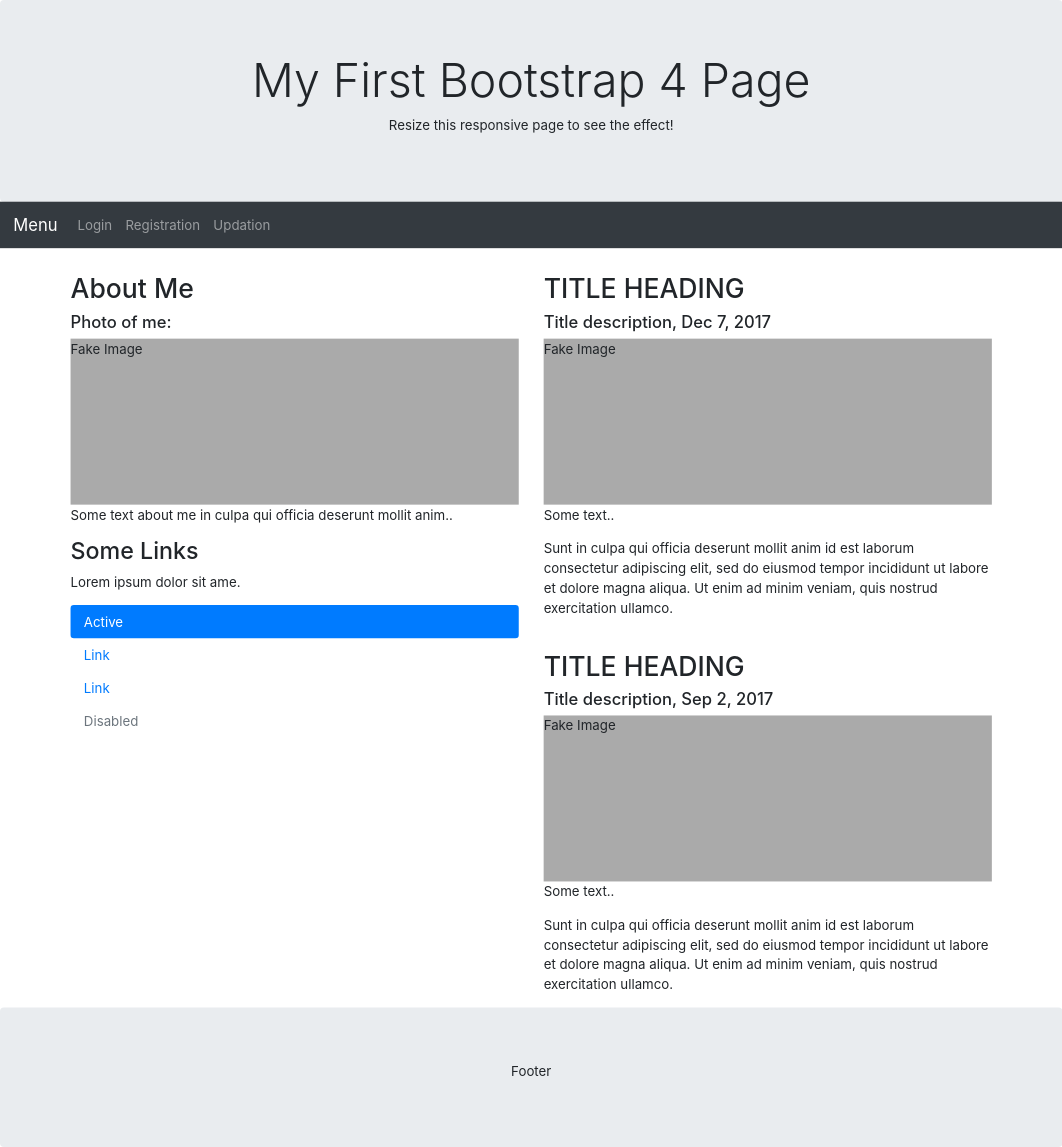
Repository: sahithi9999/workspace
Page: hello/WebContent/form.html
These files come from the project's save history. The page is drawn as it stood at one moment and after the next save; the edit follows.
The browser window is 1280 px wide. The pictures show the whole page, at 83% of full size.

Above is the page before, as saved 2020-01-18 11:45:46.

### hello/WebContent/form.html
<!DOCTYPE html>
<html lang="en">
<head>
  <title>Bootstrap 4 Website Example</title>
  <meta charset="utf-8">
  <meta name="viewport" content="width=device-width, initial-scale=1">
  <link rel="stylesheet" href="https://maxcdn.bootstrapcdn.com/bootstrap/4.4.1/css/bootstrap.min.css">
  <script src="https://ajax.googleapis.com/ajax/libs/jquery/3.4.1/jquery.min.js"></script>
  <script src="https://cdnjs.cloudflare.com/ajax/libs/popper.js/1.16.0/umd/popper.min.js"></script>
  <script src="https://maxcdn.bootstrapcdn.com/bootstrap/4.4.1/js/bootstrap.min.js"></script>

  <style>
  .fakeimg {
    height: 200px;
    background: #aaa;
  }
  </style>
</head>
<body>

<div class="jumbotron text-center" style="margin-bottom:0">
  <h1 class="display-4">My First Bootstrap 4 Page</h1>
  <p>Resize this responsive page to see the effect!</p>
</div>

<nav class="navbar navbar-expand-sm bg-dark navbar-dark">
  <a class="navbar-brand" href="#">Menu</a>
  <button class="navbar-toggler" type="button" data-toggle="collapse" data-target="#collapsibleNavbar">
    <span class="navbar-toggler-icon"></span>
  </button>
  <div class="collapse navbar-collapse" id="collapsibleNavbar">
    <ul class="navbar-nav">
      <li class="nav-item">
        <a class="nav-link" href="#">Login</a>
      </li>
      <li class="nav-item">
        <a class="nav-link" href="#">Registration</a>
      </li>
      <li class="nav-item">
        <a class="nav-link" href="#">Updation</a>
      </li>
    </ul>
  </div>
</nav>

<div class="container" style="margin-top:30px">
  <div class="row">
    <div class="col">
      <h2>About Me</h2>
      <h5>Photo of me:</h5>
      <div class="fakeimg">Fake Image</div>
      <p>Some text about me in culpa qui officia deserunt mollit anim..</p>
      <h3>Some Links</h3>
      <p>Lorem ipsum dolor sit ame.</p>
      <ul class="nav nav-pills flex-column">
        <li class="nav-item">
          <a class="nav-link active" href="#">Active</a>
        </li>
        <li class="nav-item">
          <a class="nav-link" href="#">Link</a>
        </li>
        <li class="nav-item">
          <a class="nav-link" href="#">Link</a>
        </li>
        <li class="nav-item">
          <a class="nav-link disabled" href="#">Disabled</a>
        </li>
      </ul>
      <hr class="d-sm-none">
    </div>
    <div class="col">
      <h2>TITLE HEADING</h2>
      <h5>Title description, Dec 7, 2017</h5>
      <div class="fakeimg">Fake Image</div>
      <p>Some text..</p>
      <p>Sunt in culpa qui officia deserunt mollit anim id est laborum consectetur adipiscing elit, sed do eiusmod tempor incididunt ut labore et dolore magna aliqua. Ut enim ad minim veniam, quis nostrud exercitation ullamco.</p>
      <br>
      <h2>TITLE HEADING</h2>
      <h5>Title description, Sep 2, 2017</h5>
      <div class="fakeimg">Fake Image</div>
      <p>Some text..</p>
      <p>Sunt in culpa qui officia deserunt mollit anim id est laborum consectetur adipiscing elit, sed do eiusmod tempor incididunt ut labore et dolore magna aliqua. Ut enim ad minim veniam, quis nostrud exercitation ullamco.</p>
    </div>
  </div>
</div>

<div class="jumbotron text-center" style="margin-bottom:0">
  <p>Footer</p>
</div>

</body>
</html>

After the next save:
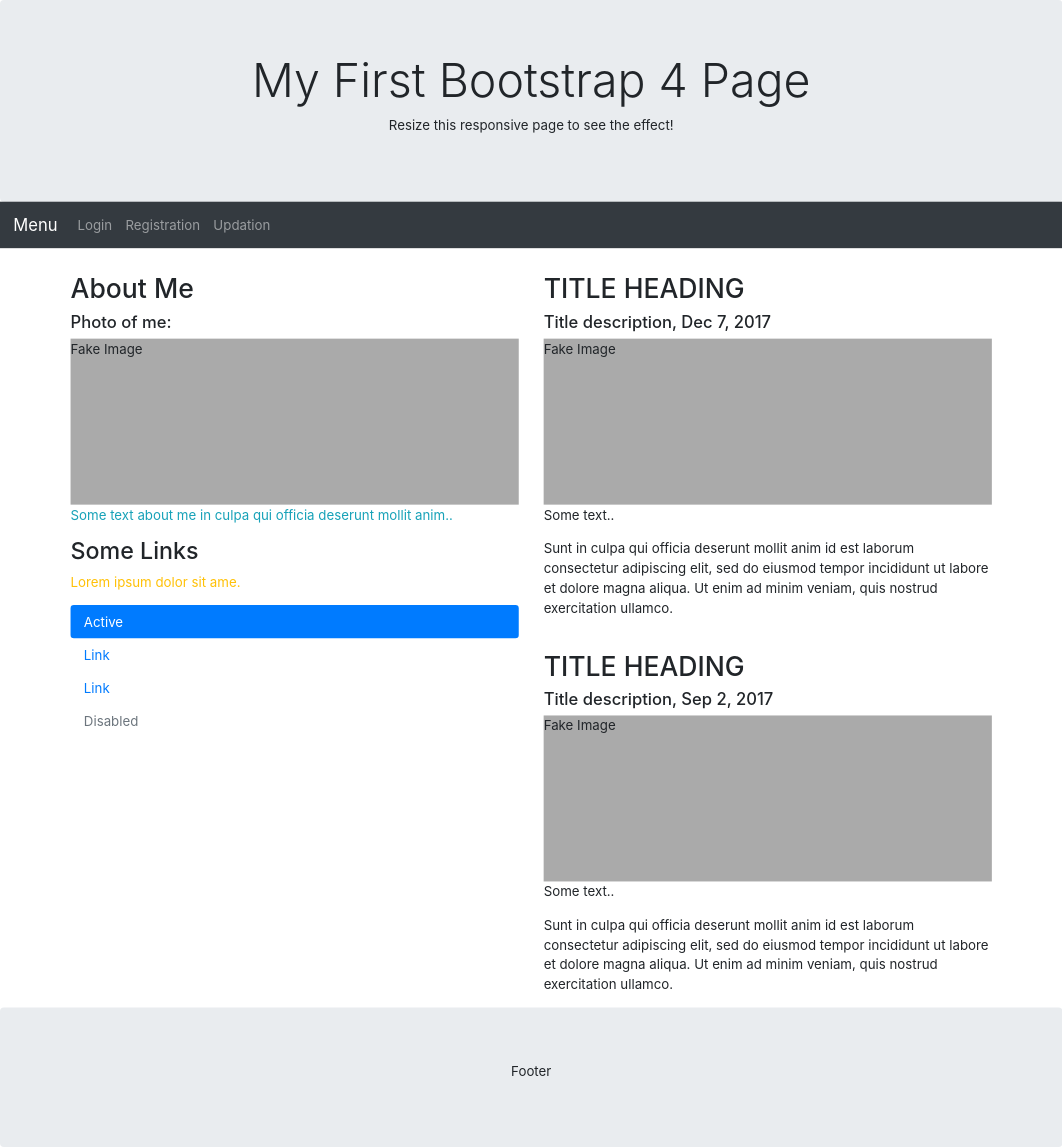
Saved 2 min 17 s later.
--- a/hello/WebContent/form.html
+++ b/hello/WebContent/form.html
@@ -49,9 +49,9 @@
       <h2>About Me</h2>
       <h5>Photo of me:</h5>
       <div class="fakeimg">Fake Image</div>
-      <p>Some text about me in culpa qui officia deserunt mollit anim..</p>
+      <p class="text-info">Some text about me in culpa qui officia deserunt mollit anim..</p>
       <h3>Some Links</h3>
-      <p>Lorem ipsum dolor sit ame.</p>
+      <p class="text-warning">Lorem ipsum dolor sit ame.</p>
       <ul class="nav nav-pills flex-column">
         <li class="nav-item">
           <a class="nav-link active" href="#">Active</a>
